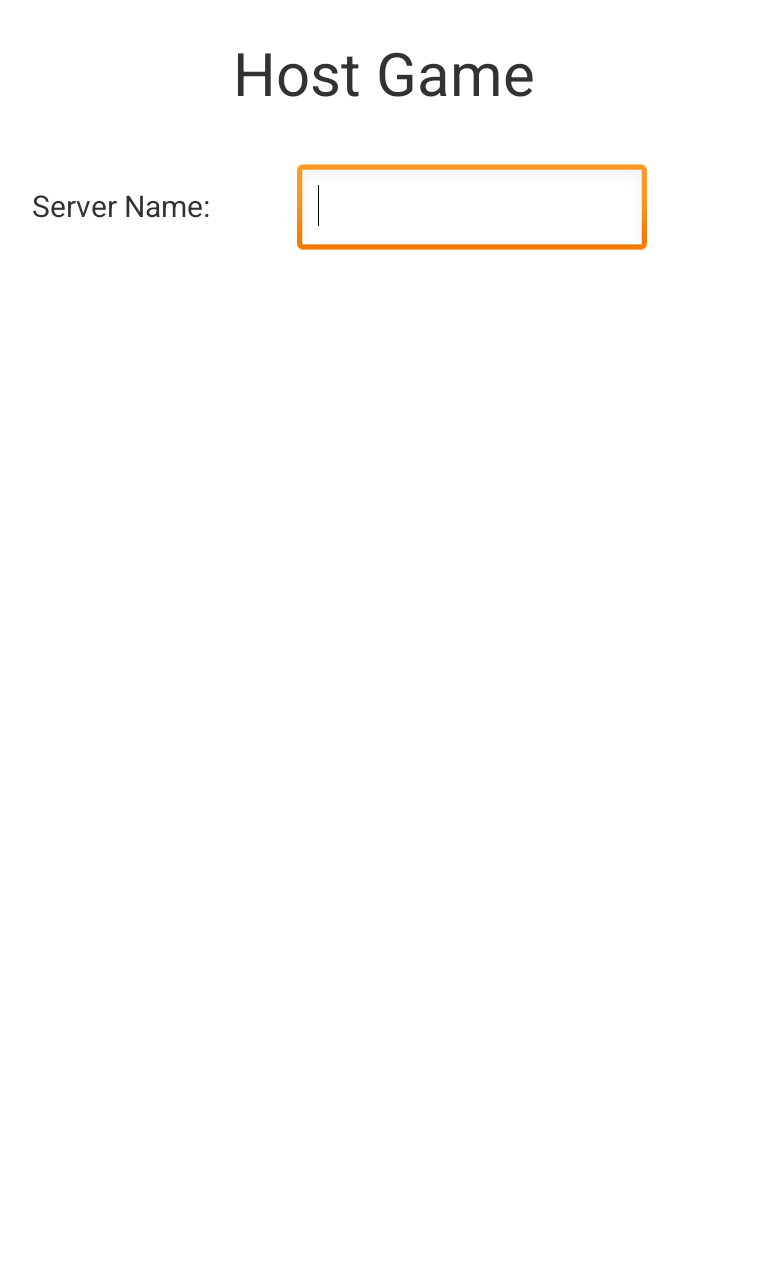
Repository: mfischetti/LaserAppRepository
Layout: workspace/Laser/res/layout/activity_host.xml
The author's editor kept a copy of each file at every save. The layout is drawn from the files as they stood at one save, then again after the next save.
It is drawn on a 768 x 1280 px phone screen (xhdpi) without system bars, with theme AppTheme; the app's code is not run.

Above is the layout before, as saved 2013-10-01 15:28:21.

After the next save:
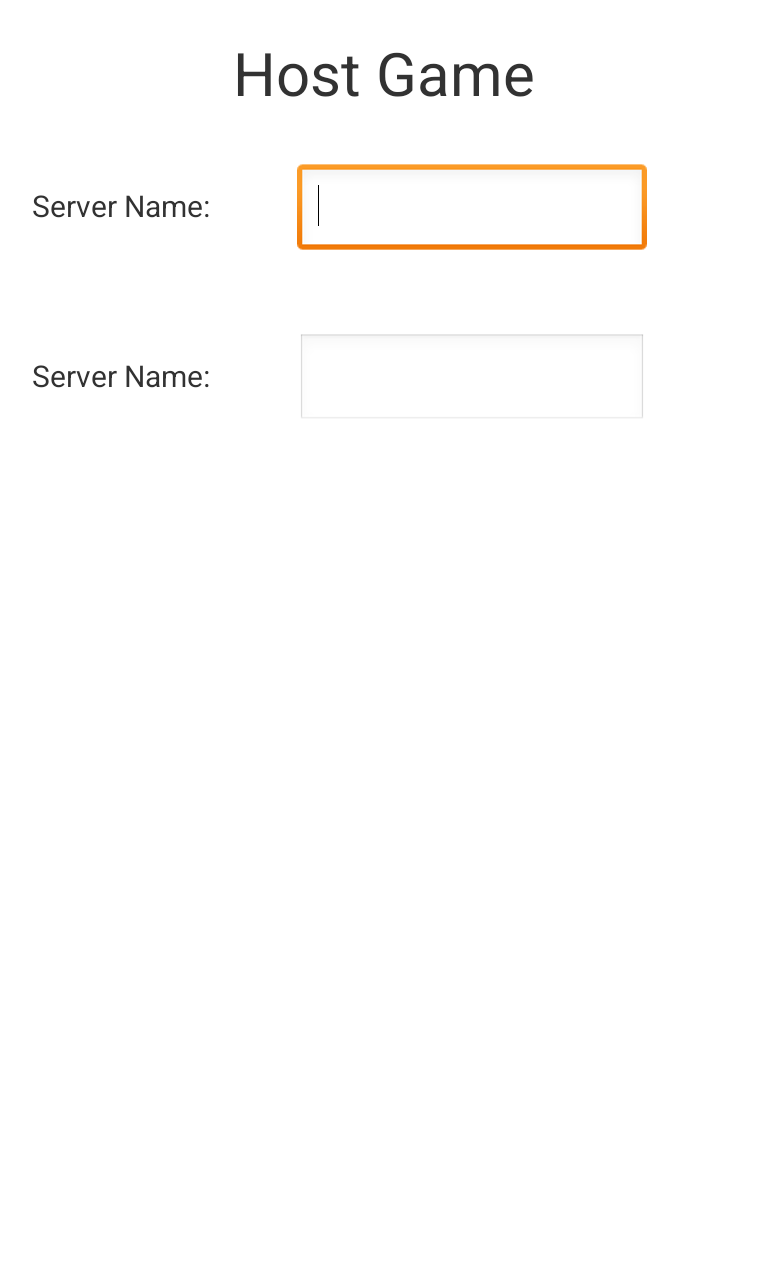
Saved 9 s later.
--- a/workspace/Laser/res/layout/activity_host.xml
+++ b/workspace/Laser/res/layout/activity_host.xml
@@ -18,7 +18,7 @@
         android:textSize="30sp" />
 
     <TextView
-        android:id="@+id/name"
+        android:id="@+id/servername"
         android:layout_width="wrap_content"
         android:layout_height="wrap_content"
         android:layout_below="@+id/title"
@@ -27,17 +27,37 @@
         android:textSize="15sp" />
 
     <EditText
-        android:id="@+id/nameenter"
+        android:id="@+id/name1"
         android:layout_width="wrap_content"
         android:layout_height="wrap_content"
-        android:layout_alignBaseline="@+id/name"
-        android:layout_alignBottom="@+id/name"
+        android:layout_alignBaseline="@+id/servername"
+        android:layout_alignBottom="@+id/servername"
         android:layout_marginLeft="43dp"
-        android:layout_toRightOf="@+id/name"
+        android:layout_toRightOf="@+id/servername"
         android:ems="10"
         android:textSize="15sp" >
 
         <requestFocus />
     </EditText>
 
+    <TextView
+        android:id="@+id/passwordname"
+        android:layout_width="wrap_content"
+        android:layout_height="wrap_content"
+        android:layout_alignLeft="@+id/servername"
+        android:layout_below="@+id/name1"
+        android:layout_marginTop="48dp"
+        android:text="Server Name:"
+        android:textSize="15sp" />
+
+    <EditText
+        android:id="@+id/password"
+        android:layout_width="wrap_content"
+        android:layout_height="wrap_content"
+        android:layout_alignBaseline="@+id/passwordname"
+        android:layout_alignBottom="@+id/passwordname"
+        android:layout_alignLeft="@+id/name1"
+        android:ems="10"
+        android:textSize="15sp" />
+
 </RelativeLayout>
